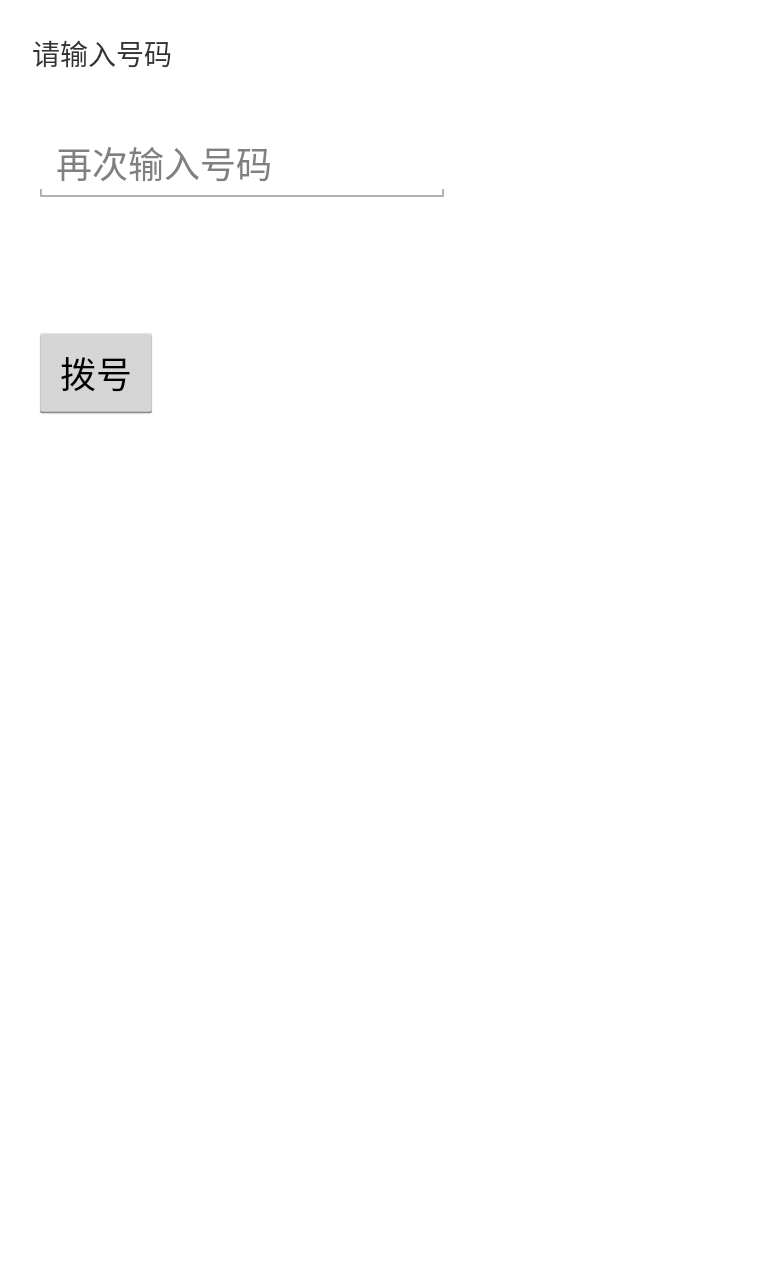
Repository: howu911/AndroidPracticeCode
Layout: day_02/code/day02_03_thirdClickEventMethod/res/layout/activity_main.xml
The author's editor kept a copy of each file at every save. The layout is drawn from the files as they stood at one save, then again after the next save.
It is drawn on a 768 x 1280 px phone screen (xhdpi) without system bars, with theme AppTheme; the app's code is not run.

Above is the layout before, as saved 2020-04-06 13:36:52.

After the next save:
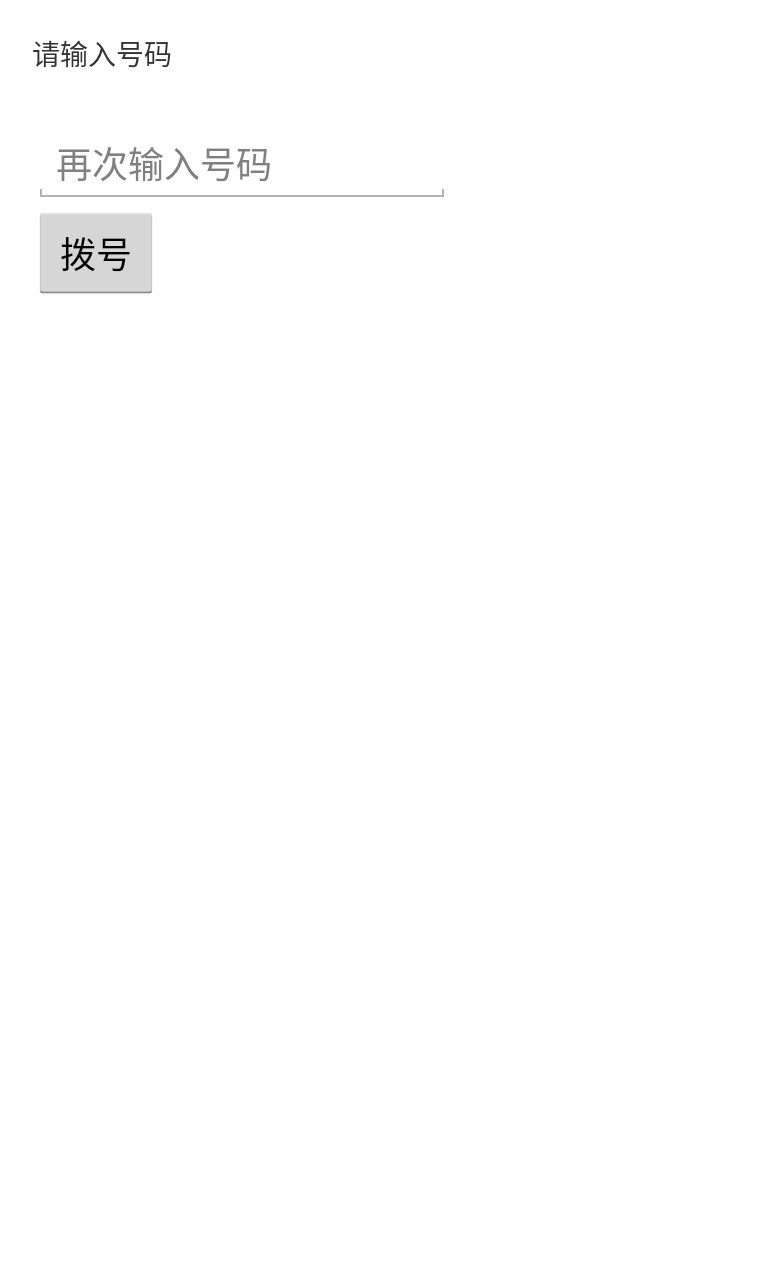
Saved 10 s later.
--- a/day_02/code/day02_03_thirdClickEventMethod/res/layout/activity_main.xml
+++ b/day_02/code/day02_03_thirdClickEventMethod/res/layout/activity_main.xml
@@ -30,7 +30,6 @@
         android:layout_height="wrap_content"
         android:layout_alignLeft="@+id/editText1"
         android:layout_below="@+id/editText1"
-        android:layout_marginTop="60dp"
         android:text="拨号" />
 
 </RelativeLayout>
